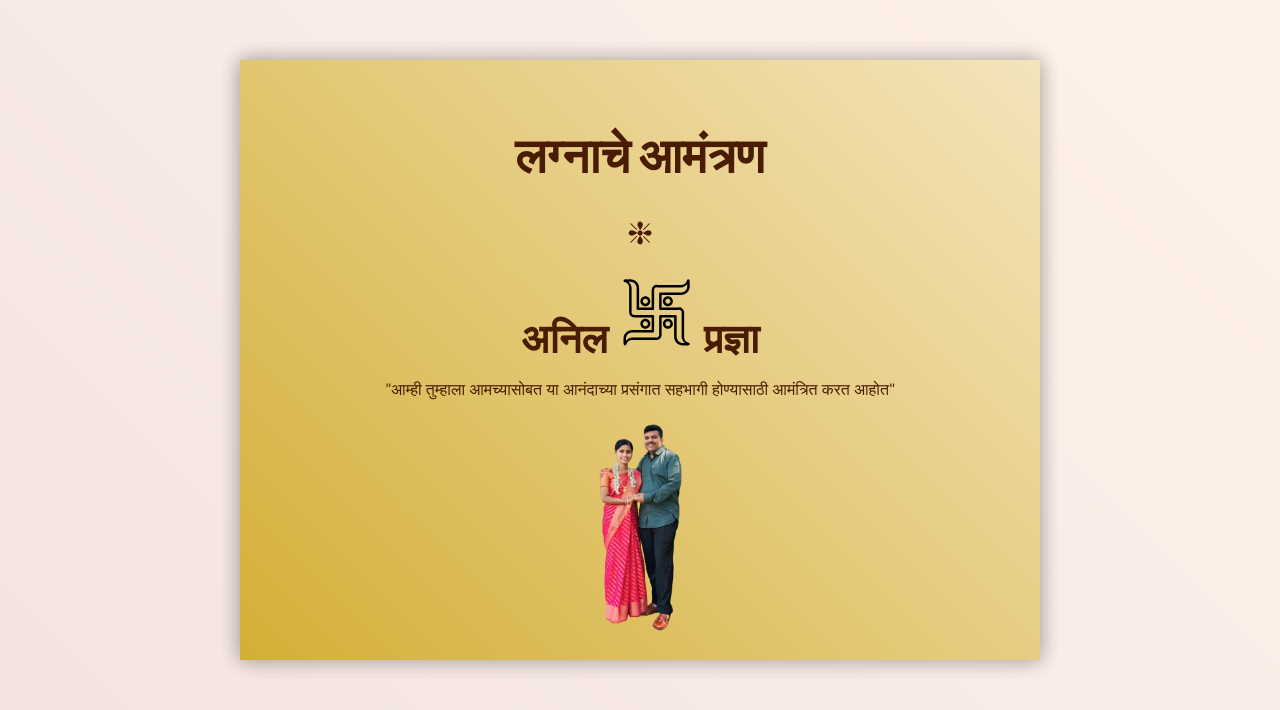
Repository: abhibkop27/finalwedding
Page: index.html
These files come from the project's save history. The page is drawn as it stood at one moment and after the next save; the edit follows.
The browser window is 1280 px wide. The pictures show the whole page.

Above is the page before, as saved 2025-02-18 13:00:36.

After the next save:
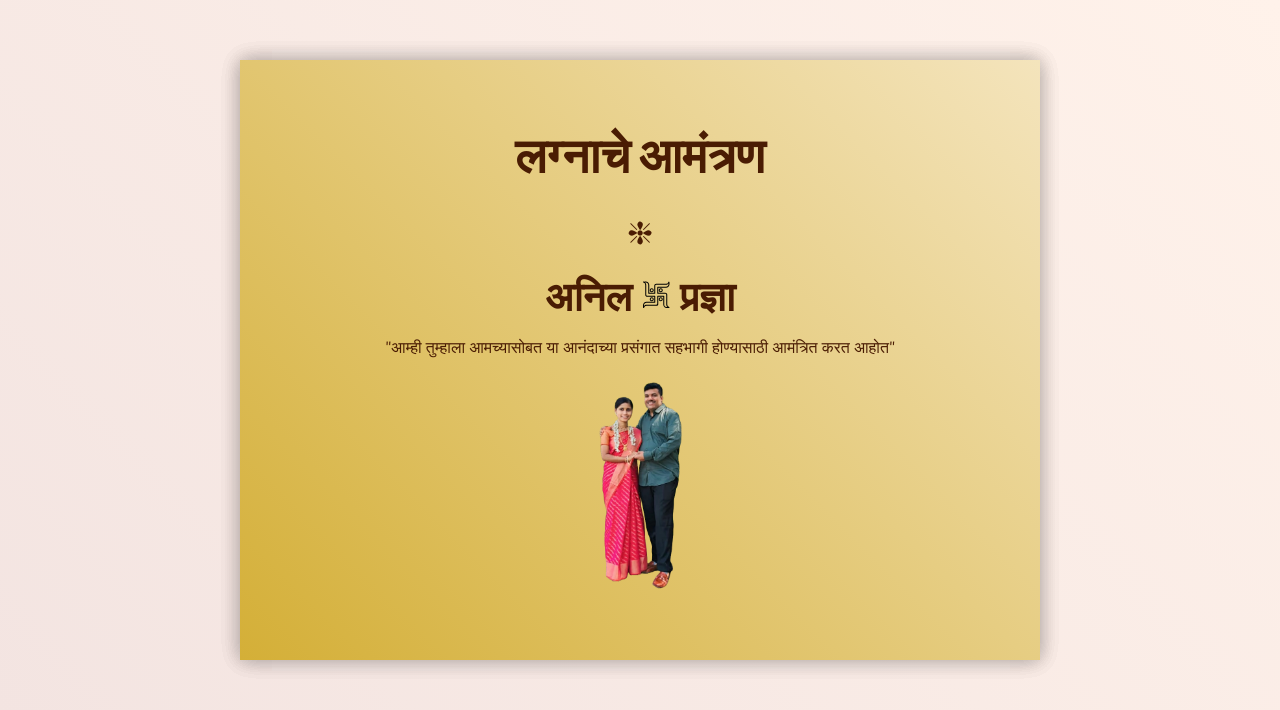
Saved 8 s later.
--- a/index.html
+++ b/index.html
@@ -14,7 +14,7 @@
             <div class="content">
                 <h1>लग्नाचे आमंत्रण</h1>
                 <div class="ornament">❈</div>
-                <h2 class="main-name">अनिल <img class="main-name" src="./asstes/pics/swastik.svg" alt="" style="height: 5rem;"> प्रज्ञा </h2>
+                <h2 class="main-name">अनिल <img class="main-name" src="./asstes/pics/swastik.svg" alt="" style="height: 2rem;"> प्रज्ञा </h2>
                 <p>"आम्ही तुम्हाला आमच्यासोबत या आनंदाच्या प्रसंगात सहभागी होण्यासाठी आमंत्रित करत आहोत"</p>
                 <img src="./asstes/pics/Adobe Express - file.png" alt="वेडिंग" style="height: 14rem;">
             </div>
